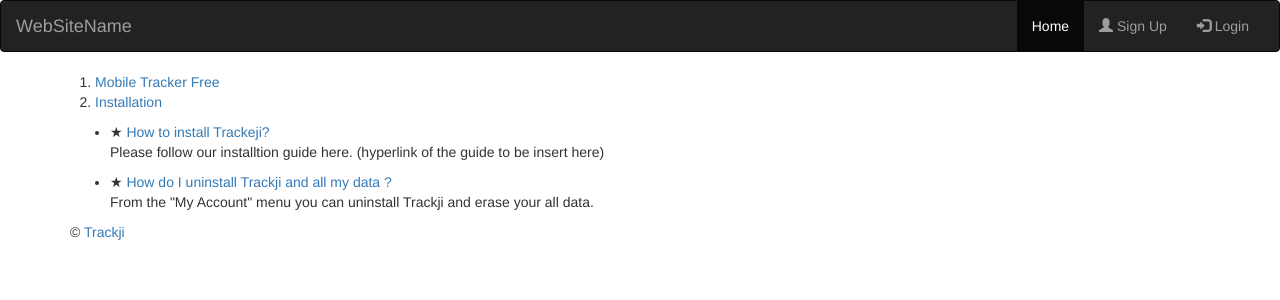
Repository: prathmeshgodbole/Web_Development
Page: Mobile_tracker/Installation.html
The author's editor kept a copy of each file at every save. The page is drawn from the files as they stood at one save, then again after the next save.
The browser window is 1280 px wide. The pictures show the whole page.

Above is the page before, as saved 2020-03-08 17:43:59.

After the next save:
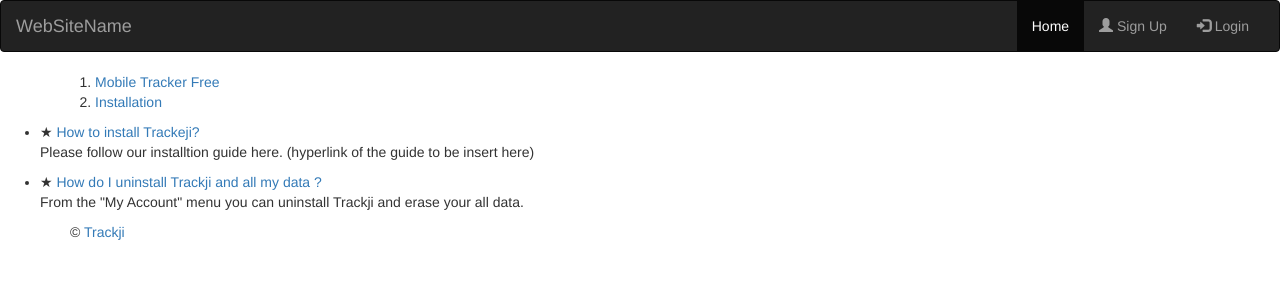
Saved 37 s later.
--- a/Mobile_tracker/Installation.html
+++ b/Mobile_tracker/Installation.html
@@ -55,26 +55,27 @@
                     </div>
                 </div>
             </div>
-        </main>
+    </div>
+    </main>
 
 
 
-        <ul class="article-list">
+    <ul class="article-list">
 
-            <li class="article-promoted">
-                <span data-title="Promoted article">★</span>
-                <a href="">How to install Trackeji?</a>
-                <p>Please follow our installtion guide here. (hyperlink of the guide to be insert here)</p>
-            </li>
+        <li class="article-promoted">
+            <span data-title="Promoted article">★</span>
+            <a href="">How to install Trackeji?</a>
+            <p>Please follow our installtion guide here. (hyperlink of the guide to be insert here)</p>
+        </li>
 
-            <li class="article-promoted">
-                <span data-title="Promoted article">★</span>
-                <a href="">How do I uninstall Trackji and all my data ?</a>
-                <p>From the "My Account" menu you can uninstall Trackji and erase your all data.</p>
-            </li>
+        <li class="article-promoted">
+            <span data-title="Promoted article">★</span>
+            <a href="">How do I uninstall Trackji and all my data ?</a>
+            <p>From the "My Account" menu you can uninstall Trackji and erase your all data.</p>
+        </li>
 
-        </ul>
-    </div>
+    </ul>
+
 
     <!--/.container-->
     <footer class="footer container">
